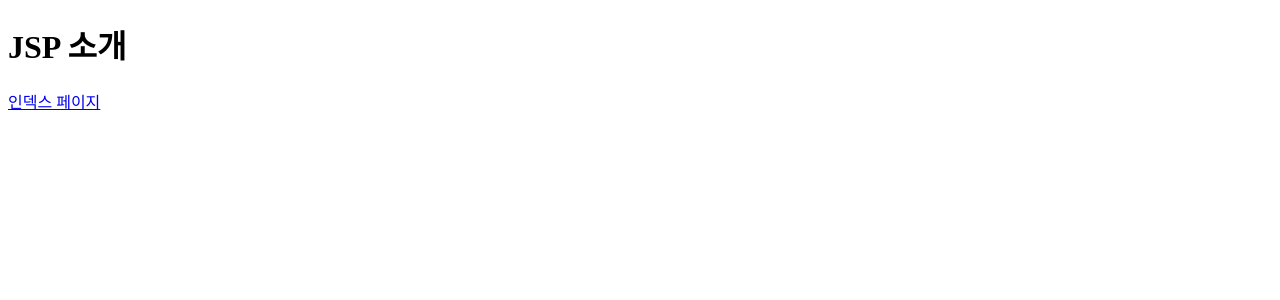
Repository: ldj0905/javaproject
Page: http://localhost/lab04_jsp/intro.jsp
These files come from the project's save history. The page is drawn as it stood at one moment and after the next save; the edit follows.
The browser window is 1280 px wide. The pictures show the whole page.
The page is served by Tomcat 10.

Above is the page before, as saved 2024-05-22 01:03:42.

After the next save:
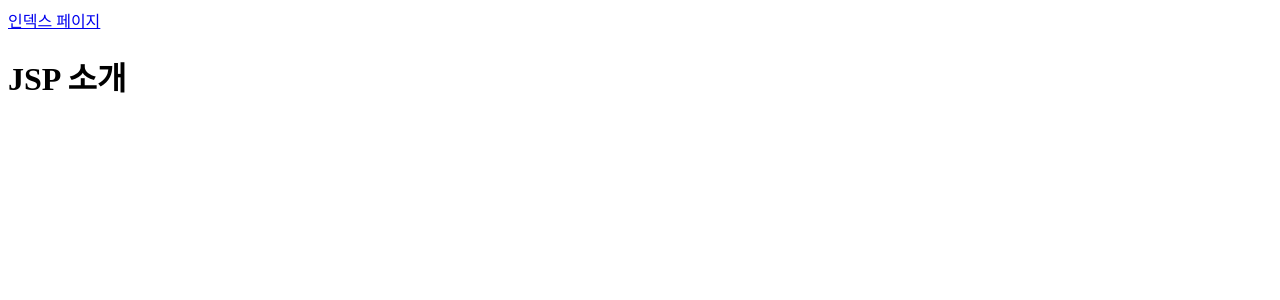
Saved 4 s later.
--- a/lab04_jsp/src/main/webapp/intro.jsp
+++ b/lab04_jsp/src/main/webapp/intro.jsp
@@ -7,9 +7,9 @@
 <title>Insert title here</title>
 </head>
 <body>
-    <h1>JSP 소개</h1>
     <nav>
         <a href ="index.html">인덱스 페이지</a>
     </nav>
+    <h1>JSP 소개</h1>
 </body>
 </html>
